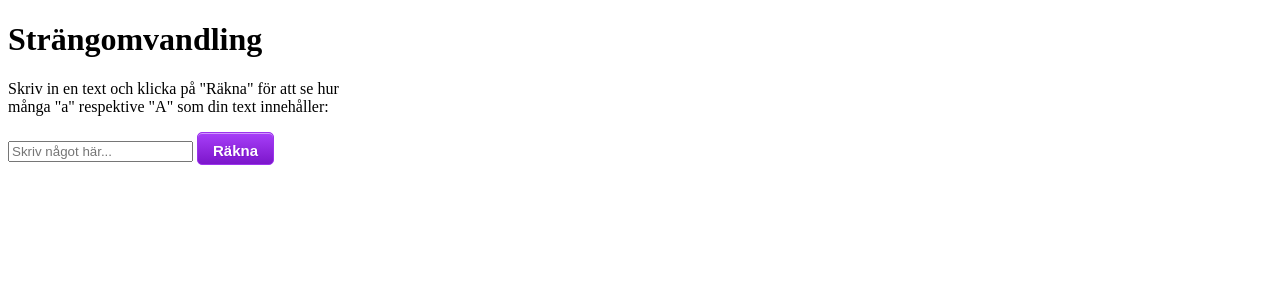
Repository: CarroForslund/laboration-1-1dv404
Page: raknaa/index.html
The author's editor kept a record of every edit. The page is drawn from the files as they stood at one moment, then again after the next edit.
The browser window is 1280 px wide. The pictures show the whole page.

Above is the page before.

After the next edit:
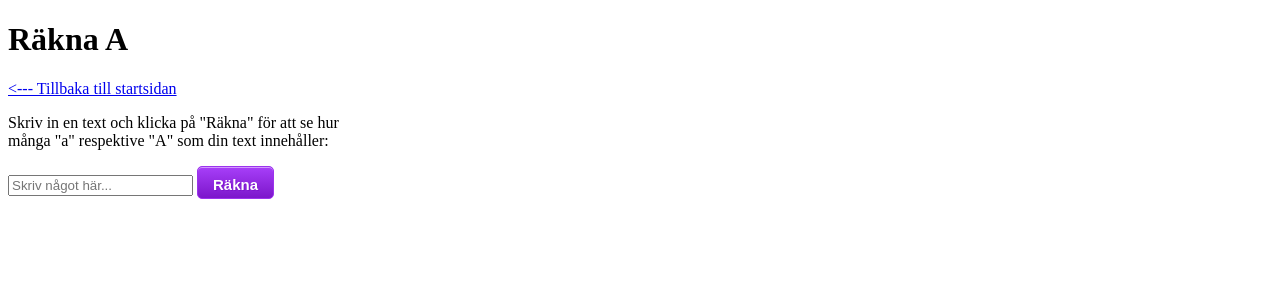
The edit:
--- a/raknaa/index.html
+++ b/raknaa/index.html
@@ -6,7 +6,8 @@
     <link rel="stylesheet" type="text/css" href="style.css" />
 </head>
     <body>
-        <h1>Strängomvandling</h1>
+        <h1>Räkna A</h1>
+        <a href="../index.html">&lt;--- Tillbaka till startsidan</a>
  		<form>
  		    <p>Skriv in en text och klicka på "Räkna" för att se hur<br />
  		    många "a" respektive "A" som din text innehåller:</p>
